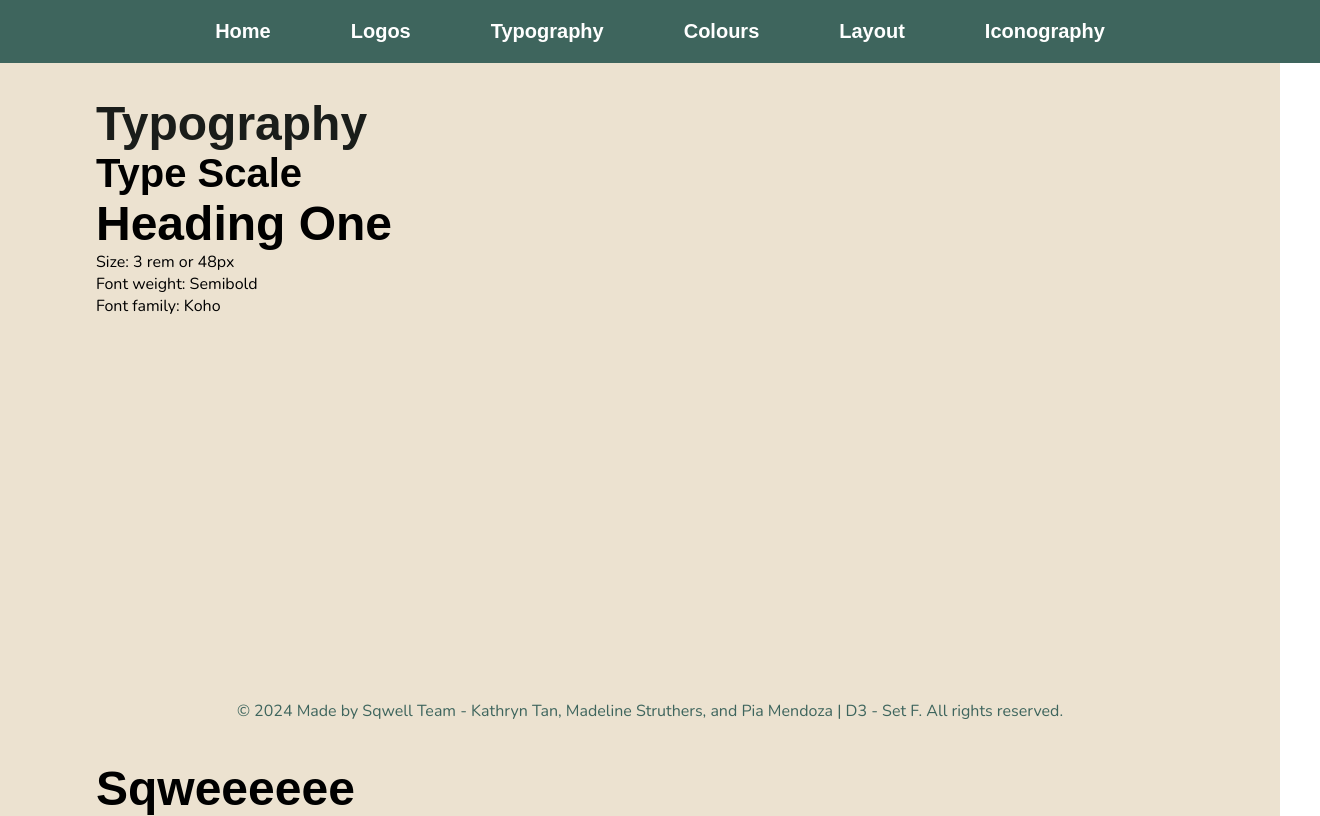
Repository: lpcmendoza/sqwell_styleguide
Page: /
These files come from the project's save history. The page is drawn as it stood at one moment and after the next save; the edit follows.
The browser window is 1280 px wide. The page is 1320 px wide, so the pictures cover 1320 px, including what lies to the right of the window. The pictures show the whole page.
Some web fonts or font styles are not loaded; a fallback is used. The project was rebuilt for these pictures with package versions that can differ from the ones it lists, and the page was loaded fresh each time. The framework's server and built-in components were replaced by stand-ins that run in the browser. Also part of the build but not shown: next.config.mjs.

Above is the page before, as saved 2024-04-07 17:49:06.

After the next save:
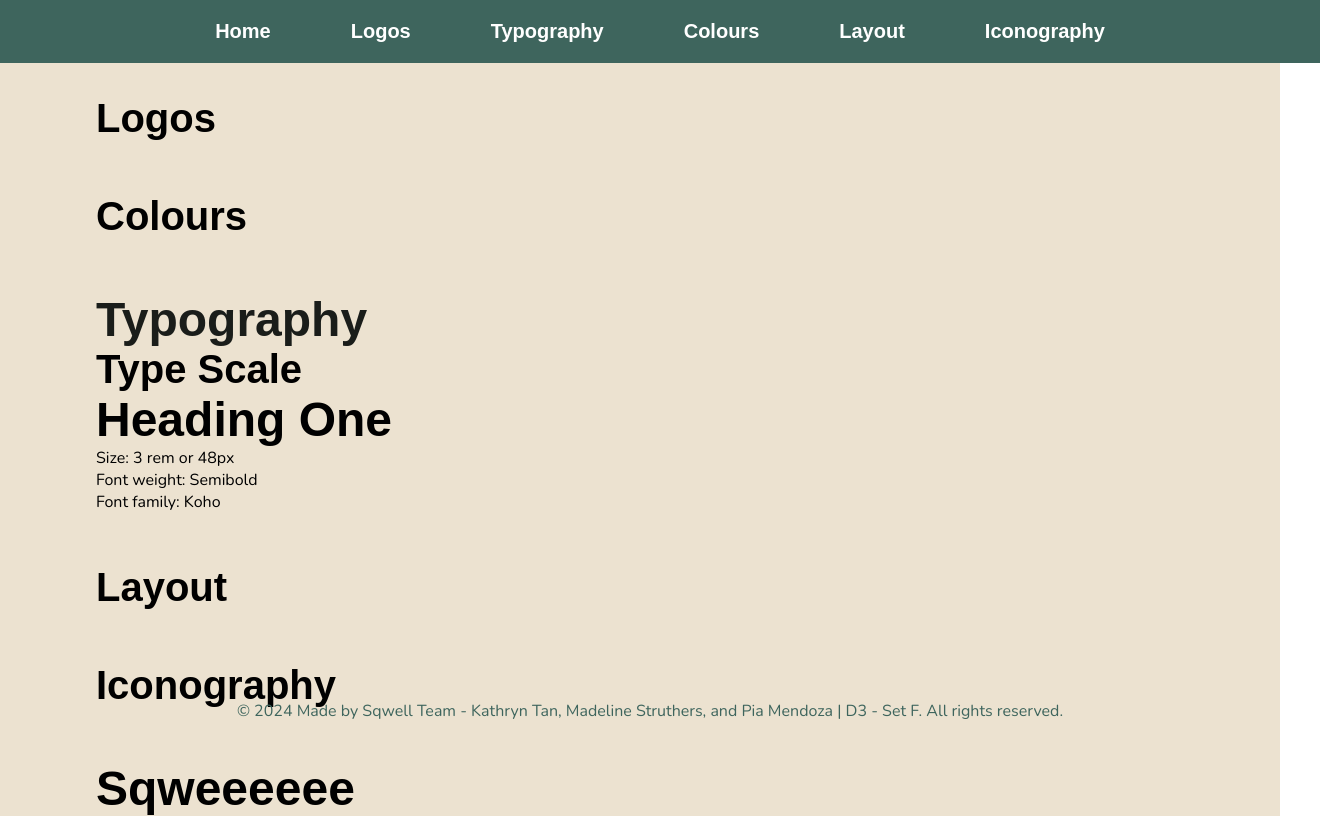
Saved 105 s later.
--- a/pages/index.js
+++ b/pages/index.js
@@ -11,7 +11,11 @@
     <>
     <MenuBar/>
       <main className={`${styles.main}`}>
+      <h2>Logos</h2>
+      <h2>Colours</h2>
       <Typography/>
+      <h2>Layout</h2>
+      <h2>Iconography</h2>
        <div><h1>Sqweeeeee</h1></div>
 
       </main>
